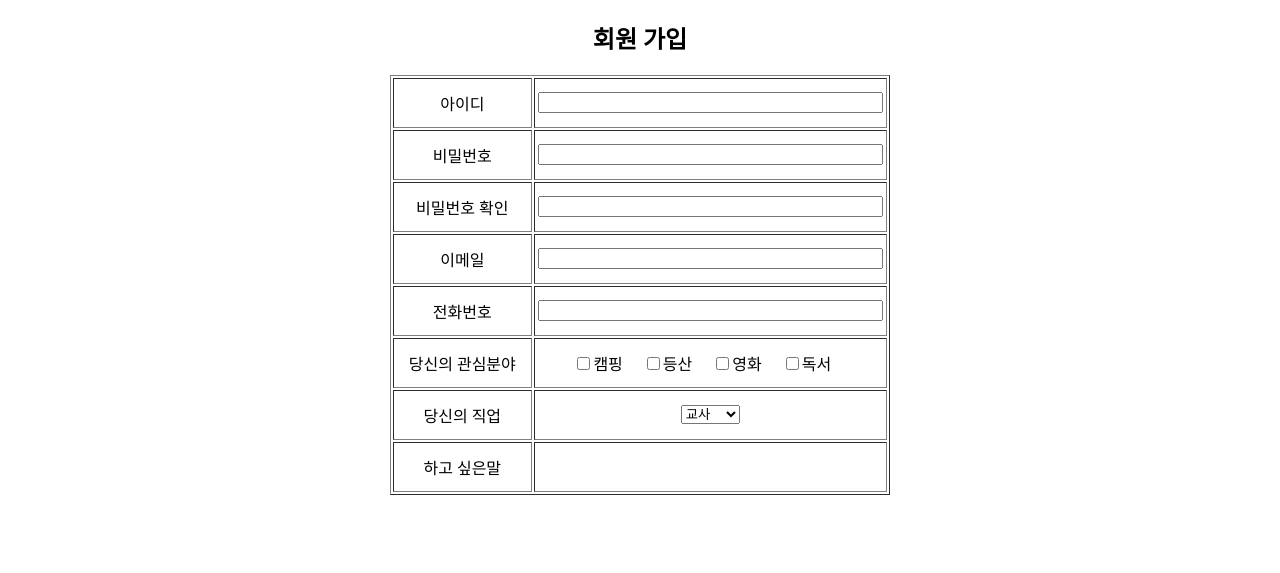
Repository: SuperHamzzi/JSPStudy
Page: http://localhost/JSP01/RequestJoin.jsp
An editor plug-in stored every save of this project. The page is shown before and after the next save, followed by the edit.
The browser window is 1280 px wide. The pictures show the whole page.
The page is served by Tomcat 9.

Above is the page before, as saved 2023-06-04 11:05:40.

After the next save:
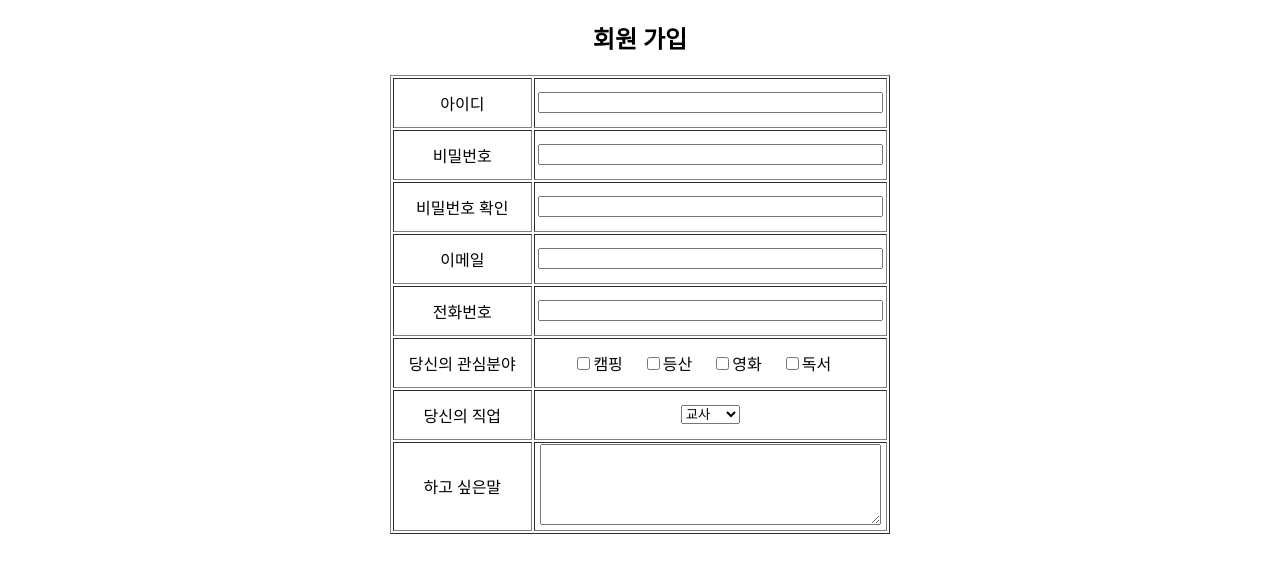
Saved 31 s later.
--- a/JSP01/WebContent/RequestJoin.jsp
+++ b/JSP01/WebContent/RequestJoin.jsp
@@ -68,6 +68,8 @@
 	<td width="150" align="center">하고 싶은말</td>
 
 	<td width="350" align="center">
+	<textarea rows="5" cols="40" name="info"></textarea>
+	</td>
 	</tr>
 	</table>
 	</form>
